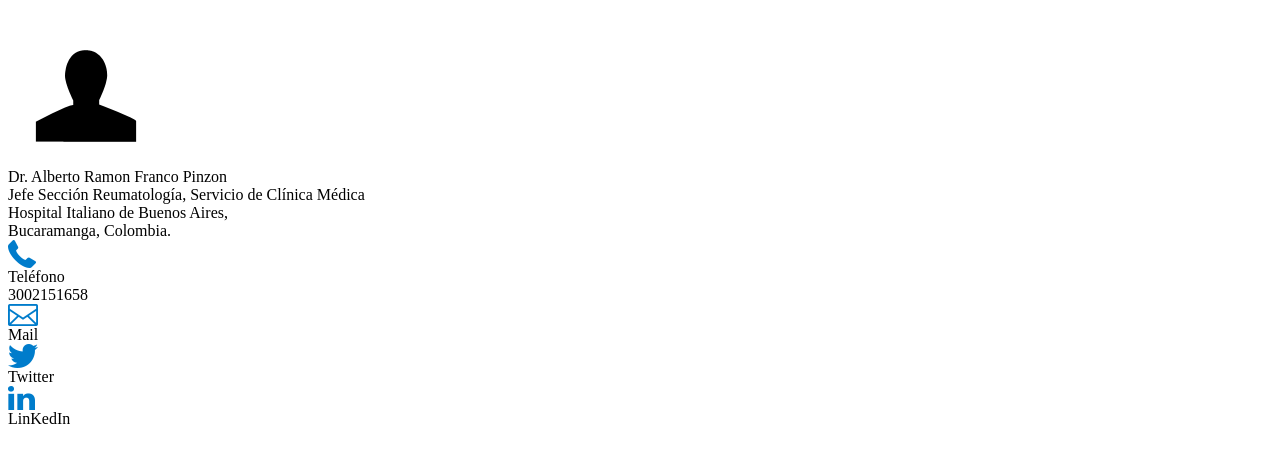
Repository: pacoigloo/Anexia
Page: detalle-medico.html
The author's editor kept a record of every edit. The page is drawn from the files as they stood at one moment, then again after the next edit.
The browser window is 1280 px wide. The pictures show the whole page.

Above is the page before.

After the next edit:
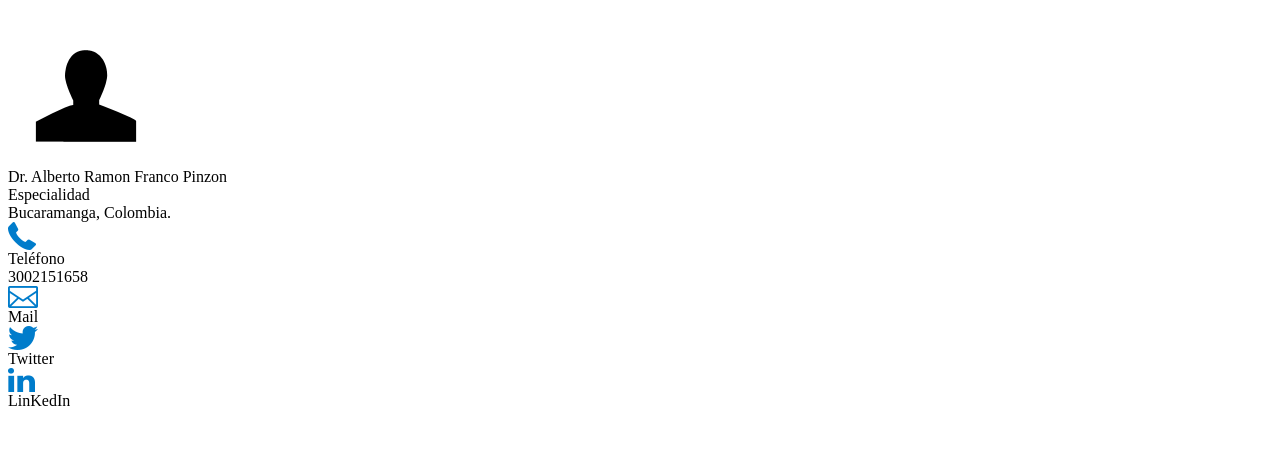
The edit:
--- a/detalle-medico.html
+++ b/detalle-medico.html
@@ -2,8 +2,7 @@
     <img src="img/img-barnabe.png" alt="Barnabe Lourdel"/>
     <div>
         <div>Dr. Alberto Ramon Franco Pinzon</div>
-        <div>Jefe Sección Reumatología, Servicio de Clínica Médica</div>
-        <div>Hospital Italiano de Buenos Aires,</div>
+        <div>Especialidad</div>
         <div>Bucaramanga, Colombia.</div>
     </div>
 </div>
